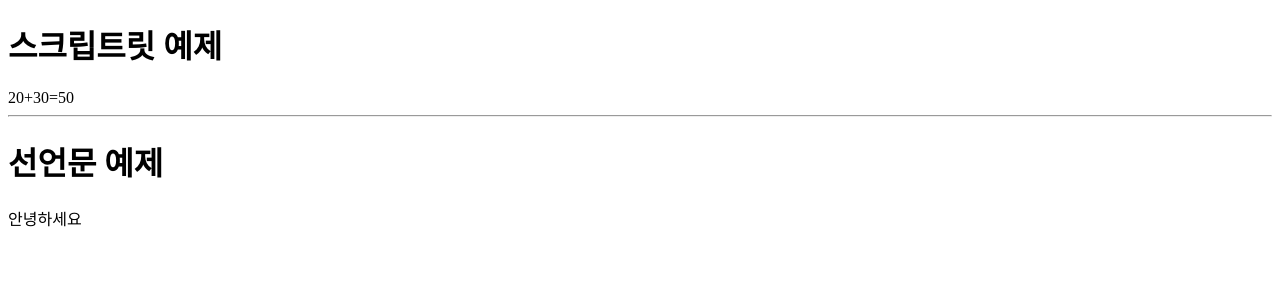
Repository: jsunnypi/JSP
Page: http://localhost/Test/Index.jsp
These files come from the project's save history. The page is drawn as it stood at one moment and after the next save; the edit follows.
The browser window is 1280 px wide. The pictures show the whole page.
The page is served by Tomcat 9.

Above is the page before, as saved 2024-11-14 00:31:36.

After the next save:
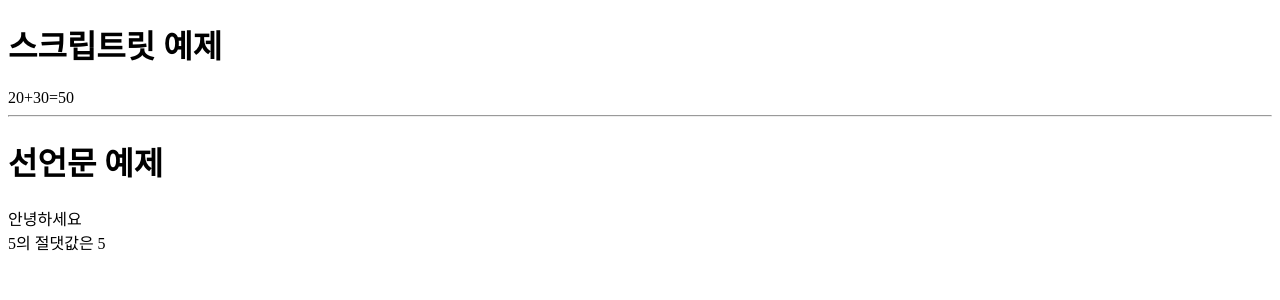
Saved 85 s later.
--- a/Test/src/main/webapp/Index.jsp
+++ b/Test/src/main/webapp/Index.jsp
@@ -32,7 +32,7 @@
 
 	<%
 		out.print(str + "<br>");
-
+		out.print(a+"의 절댓값은 " + abs(a));
 
 	%>
 </body>
